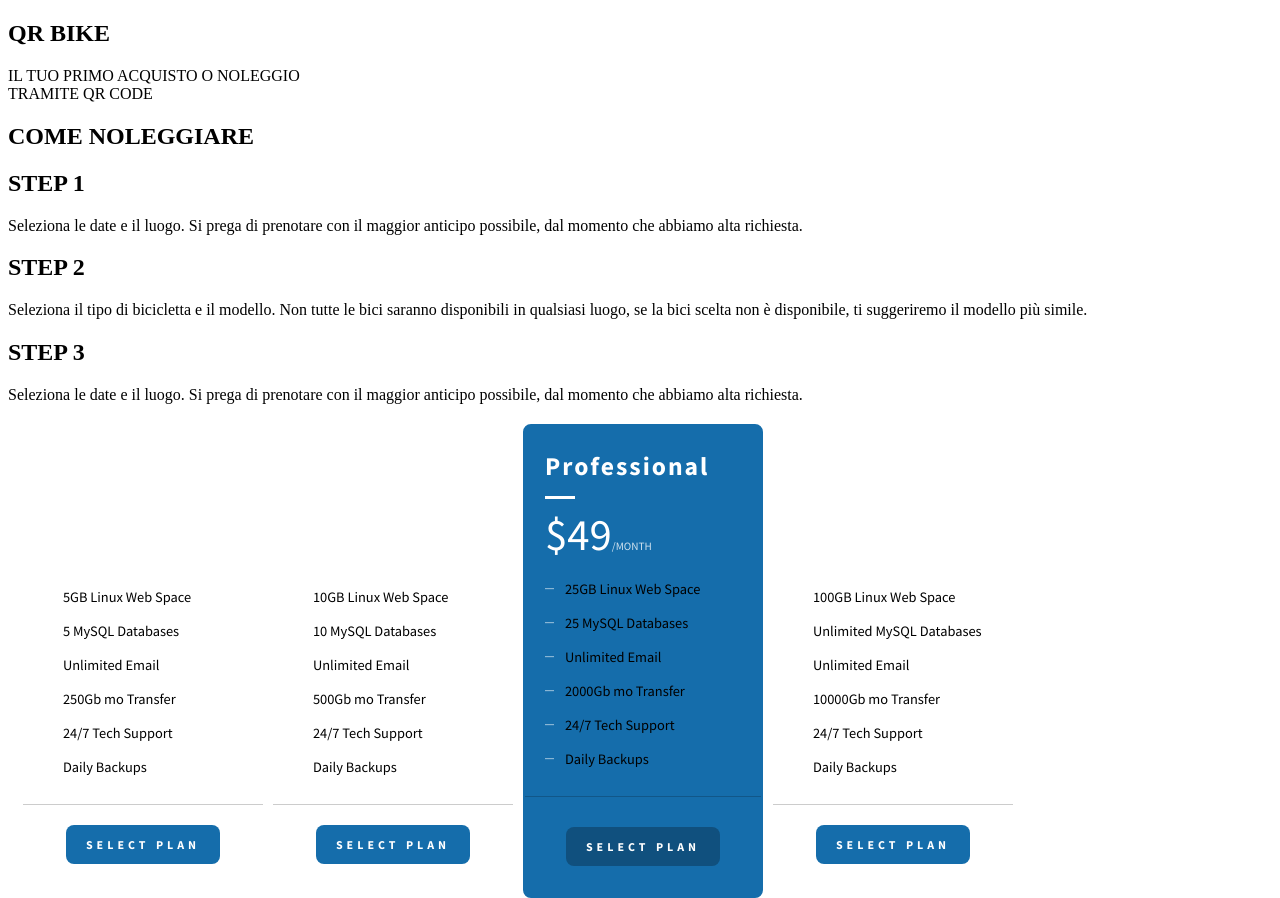
Repository: andrealepori/qrbike
Page: noleggio.html
An editor plug-in stored every save of this project. The page is shown before and after the next save, followed by the edit.
The browser window is 1280 px wide. The pictures show the whole page.

Above is the page before, as saved 2020-09-18 09:08:15.

After the next save:
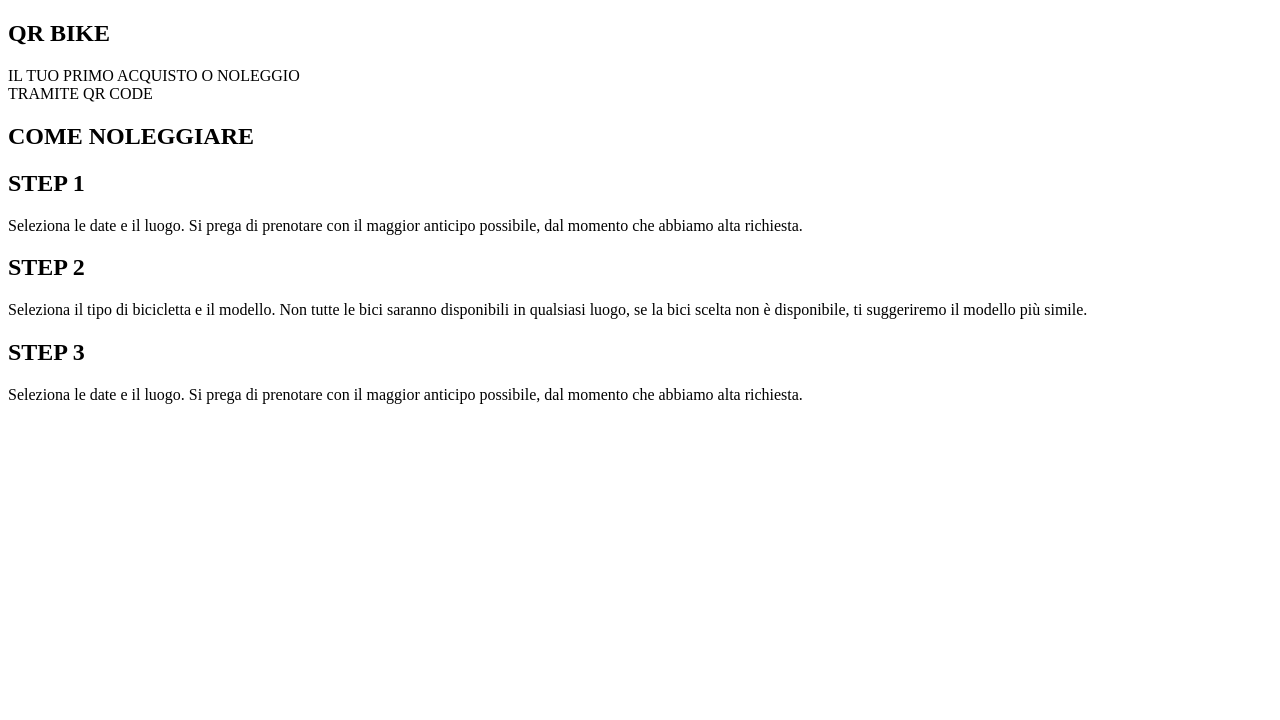
Saved 24 s later.
--- a/noleggio.html
+++ b/noleggio.html
@@ -83,83 +83,8 @@
 
 
     </div>
-    </section>
 
 
-    <div class="snip1517">
-      <div class="plan">
-        <header>
-          <h4 class="plan-title">
-
-            Starter
-          </h4>
-          <div class="plan-cost"><span class="plan-price">$19</span><span class="plan-type">/month</span></div>
-        </header>
-        <ul class="plan-features">
-          <li><i class="ion-android-remove"> </i>5GB Linux Web Space</li>
-          <li><i class="ion-android-remove"> </i>5 MySQL Databases</li>
-          <li><i class="ion-android-remove"> </i>Unlimited Email</li>
-          <li><i class="ion-android-remove"> </i>250Gb mo Transfer</li>
-          <li><i class="ion-android-remove"> </i>24/7 Tech Support</li>
-          <li><i class="ion-android-remove"> </i>Daily Backups</li>
-        </ul>
-        <div class="plan-select"><a href="">Select Plan</a></div>
-      </div>
-      <div class="plan">
-        <header>
-          <h4 class="plan-title">
-
-            Basic
-          </h4>
-          <div class="plan-cost"><span class="plan-price">$29</span><span class="plan-type">/month</span></div>
-        </header>
-        <ul class="plan-features">
-          <li><i class="ion-android-remove"> </i>10GB Linux Web Space</li>
-          <li><i class="ion-android-remove"> </i>10 MySQL Databases</li>
-          <li><i class="ion-android-remove"> </i>Unlimited Email</li>
-          <li><i class="ion-android-remove"> </i>500Gb mo Transfer</li>
-          <li><i class="ion-android-remove"> </i>24/7 Tech Support</li>
-          <li><i class="ion-android-remove"> </i>Daily Backups</li>
-        </ul>
-        <div class="plan-select"><a href="">Select Plan</a></div>
-      </div>
-      <div class="plan featured">
-        <header>
-          <h4 class="plan-title">
-
-            Professional
-          </h4>
-          <div class="plan-cost"><span class="plan-price">$49</span><span class="plan-type">/month</span></div>
-        </header>
-        <ul class="plan-features">
-          <li><i class="ion-android-remove"> </i>25GB Linux Web Space</li>
-          <li><i class="ion-android-remove"> </i>25 MySQL Databases</li>
-          <li><i class="ion-android-remove"> </i>Unlimited Email</li>
-          <li><i class="ion-android-remove"> </i>2000Gb mo Transfer</li>
-          <li><i class="ion-android-remove"> </i>24/7 Tech Support</li>
-          <li><i class="ion-android-remove"> </i>Daily Backups</li>
-        </ul>
-        <div class="plan-select"><a href="">Select Plan</a></div>
-      </div>
-      <div class="plan">
-        <header>
-          <h4 class="plan-title">
-
-            Ultra
-          </h4>
-          <div class="plan-cost"><span class="plan-price">$99</span><span class="plan-type">/month</span></div>
-        </header>
-        <ul class="plan-features">
-          <li><i class="ion-android-remove"> </i>100GB Linux Web Space</li>
-          <li><i class="ion-android-remove"> </i>Unlimited MySQL Databases</li>
-          <li><i class="ion-android-remove"> </i>Unlimited Email</li>
-          <li><i class="ion-android-remove"> </i>10000Gb mo Transfer</li>
-          <li><i class="ion-android-remove"> </i>24/7 Tech Support</li>
-          <li><i class="ion-android-remove"> </i>Daily Backups</li>
-        </ul>
-        <div class="plan-select"><a href="">Select Plan</a></div>
-      </div>
-    </div>
 
 
 
